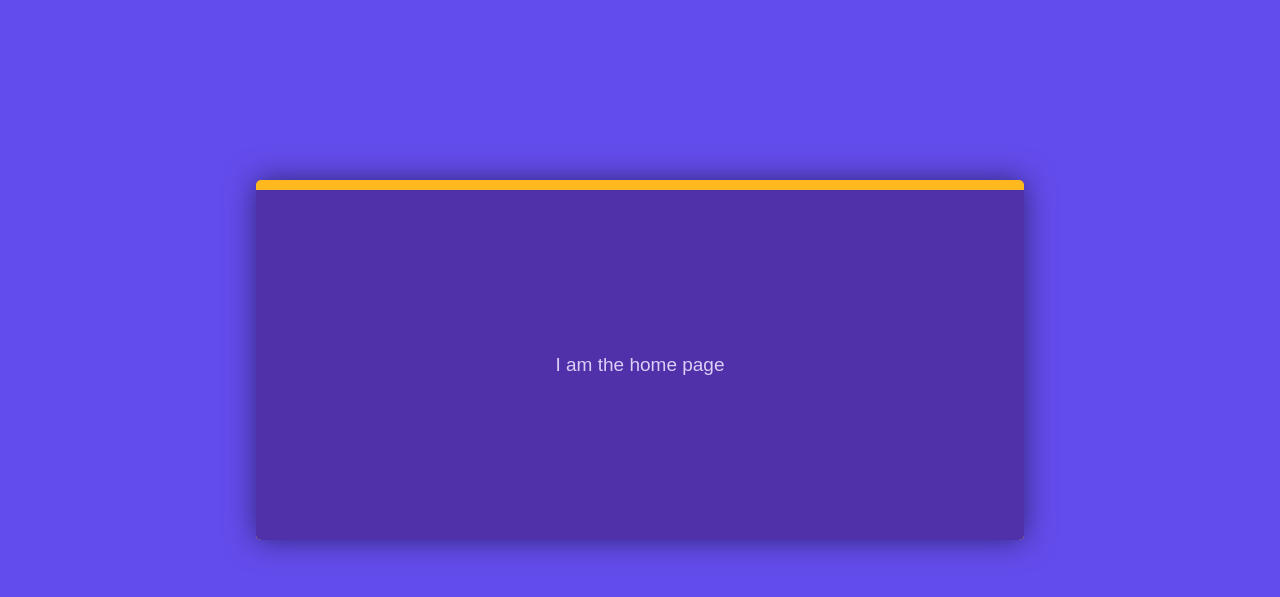
Repository: realistmccoy/browsertab
Page: /
These files come from the project's save history. The page is drawn as it stood at one moment and after the next save; the edit follows.
The browser window is 1280 px wide. The pictures show the whole page.
The project was rebuilt for these pictures with package versions that can differ from the ones it lists, and the page was loaded fresh each time. Also part of the build but not shown: src/pages/About.js, src/pages/Contact.js.

Above is the page before, as saved 2020-12-21 20:28:10.

### src/App.js
import React from 'react';
import { BrowserRouter as Router, Switch, Route, Link } from 'react-router-dom';
import Tab from './components/Tab';
import Home from './pages/Home'
import About from './pages/About'
import Contact from './pages/Contact'
import './App.css';

function App() {
	return (
		<Router>
			<div className='app'>
				<div className='browser'>
					<div className='tabs'>
         <Tab> <a>Home</a> </Tab>
					</div>
					<div className='viewport'>
            <Switch>
          <Route path='/' exact={true}>
          <Home />
          </Route>
          <Route path='/about'>
          <About />
          </Route>
          <Route path='/Contact'>
          <Contact />
          </Route>
          </Switch>
          </div>
				</div>
			</div>


		</Router>
	);
}

export default App;

### src/components/Tab.js
import React, { useState } from 'react';

function Tab({ children }) {
	const [highlightStyle, setHighlightStyle] = useState({
		left: 0,
		opacity: 0,
	});
	function moveHighlight(e) {
		//update highlight
		setHighlightStyle({
			left: e.nativeEvent.layerX,
		});
	}

	function hideHighlight(e) {
		setHighlightStyle({
			opacity: 0,
			left: e.nativeEvent.layerX,
		});
	}
	return (
		<div className='tab' onMouseOut={hideHighlight} onMouseMove={moveHighlight}>
			<div className='highlight' style={highlightStyle}>
				{children}{' '}
			</div>
		</div>
	);
}

export default Tab;

### src/pages/Home.js
import React from 'react';

function Home() {
	return <div>I am the home page</div>;
}

export default Home;

### src/App.css
* {
	box-sizing: border-box;
}

body {
	font-family: Arial, Helvetica, sans-serif;
	font-size: 19px;
	margin: 0;
	padding: 0;
}

.app {
	display: flex;
	align-items: center;
	justify-content: center;
	background: #634cec;
	min-height: 100vh;
}

.browser {
	display: flex;
	flex-direction: column;
	background: #ffb91f;
	border-radius: 5px;
	box-shadow: 0 0 30px rgba(0, 0, 0, 0.5);
	min-width: 60%;
	min-height: 50vh;
}

.tabs {
	flex-shrink: 1;
	padding-left: 10px;
	padding-right: 10px;
	display: flex;
	padding-top: 10px;
}

.tab {
	position: relative;
	background: #6e45df;
	min-width: 120px;
	font-size: 14px;
	border-top-left-radius: 8px;
	border-top-right-radius: 8px;
	transition: 0.3s ease all;
	overflow: hidden;
	cursor: pointer;
}

.tab a {
	display: block;
	padding: 12px 25px;
	color: #e1daf5;
	text-decoration: none;
}

.tab a.is-active {
	background: #5131a9;
	color: #eee;
}

.address-bar {
	background: #5533b3;
	padding: 8px;
}

.address-bar input {
	background: #3a2081;
	color: #eee;
	border-radius: 20px;
	border: none;
	outline: none;
	width: 100%;
	padding: 8px 20px;
	font-size: 18px;
}

.viewport {
	display: flex;
	align-items: center;
	justify-content: center;
	background: #5131a9;
	color: #dacff7;
	flex: 1;
	flex-grow: 1;
	border-bottom-left-radius: 5px;
	border-bottom-right-radius: 5px;
}

/**
 * Add your highlight code here
 */

.highlight {
	display: block;
	position: absolute;
	height: 80px;
	width: 50px;
	top: -10px;
	left: -330px;
	border-radius: 50%;
	transition: 0.3s, ease-in-out;
	opacity: 0.3;
	pointer-events: none;
	background: radial-gradient(rgb(134, 101, 225), rgba(194, 180, 233, 0));
}

Loaded but not shown: public/index.html (common file); src/index.js (common file)

After the next save:
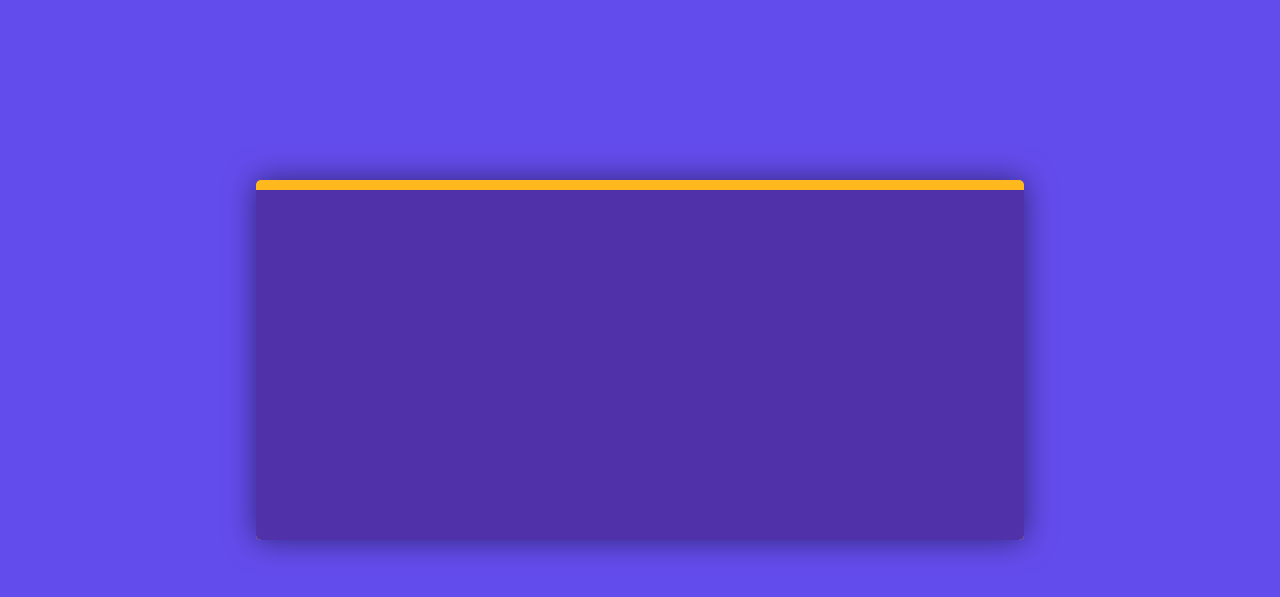
Saved 50 s later.
--- a/src/App.js
+++ b/src/App.js
@@ -16,9 +16,7 @@
 					</div>
 					<div className='viewport'>
             <Switch>
-          <Route path='/' exact={true}>
-          <Home />
-          </Route>
+
           <Route path='/about'>
           <About />
           </Route>

After the save that followed:
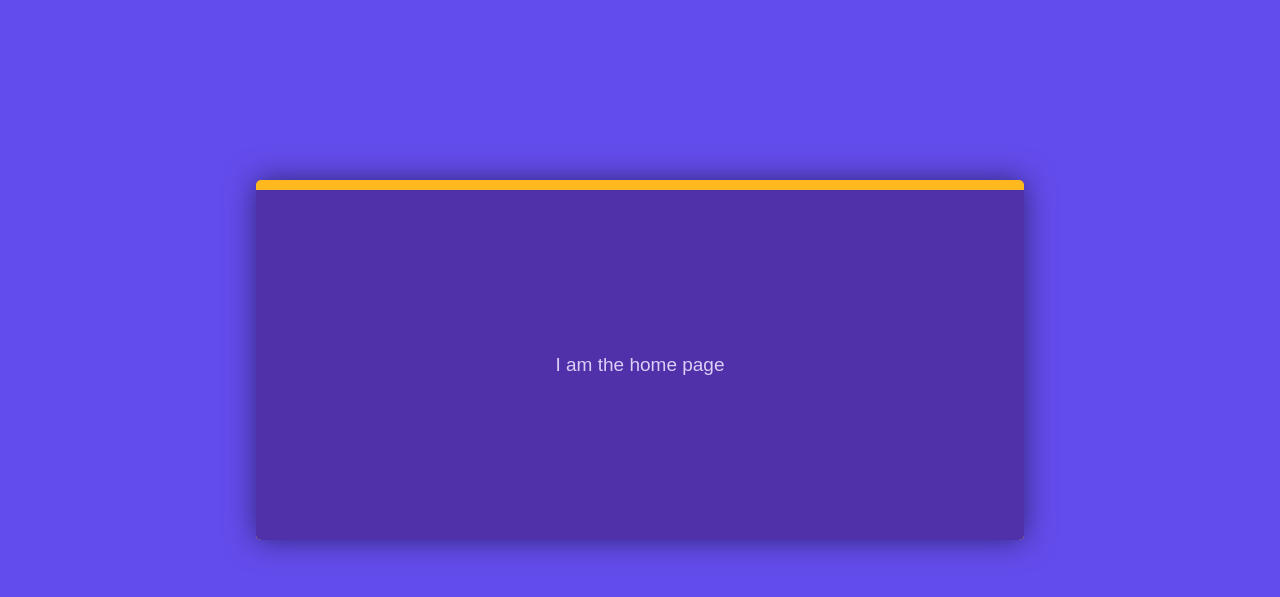
Saved 4 s later.
--- a/src/App.js
+++ b/src/App.js
@@ -23,6 +23,9 @@
           <Route path='/Contact'>
           <Contact />
           </Route>
+          <Route path='/' exact={true}>
+          <Home />
+          </Route>
           </Switch>
           </div>
 				</div>
